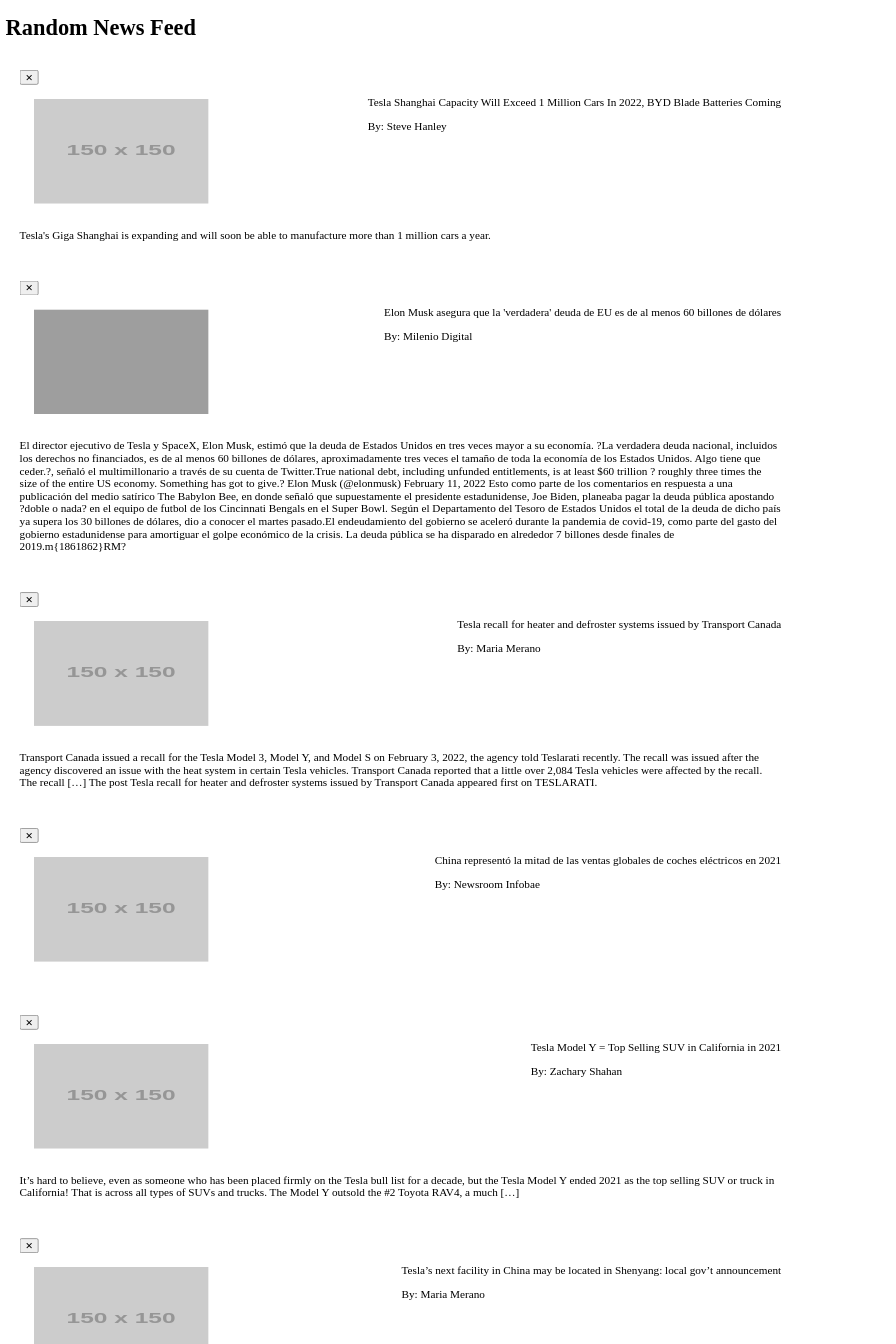
Repository: SandyLy453/comp3170-lab3
Page: /
An editor plug-in stored every save of this project. The page is shown before and after the next save, followed by the edit.
The browser window is 1280 px wide. The pictures show the part of the page from y = 0 to 1920 px (the page is 23333 px tall), at 70% of full size.
Pictures or frames that could not be fetched are drawn as grey boxes. The project was rebuilt for these pictures with package versions that can differ from the ones it lists, and the page was loaded fresh each time. Also part of the build but not shown: vite.config.js.

Above is the page before, as saved 2024-09-28 16:51:30.

After the next save:
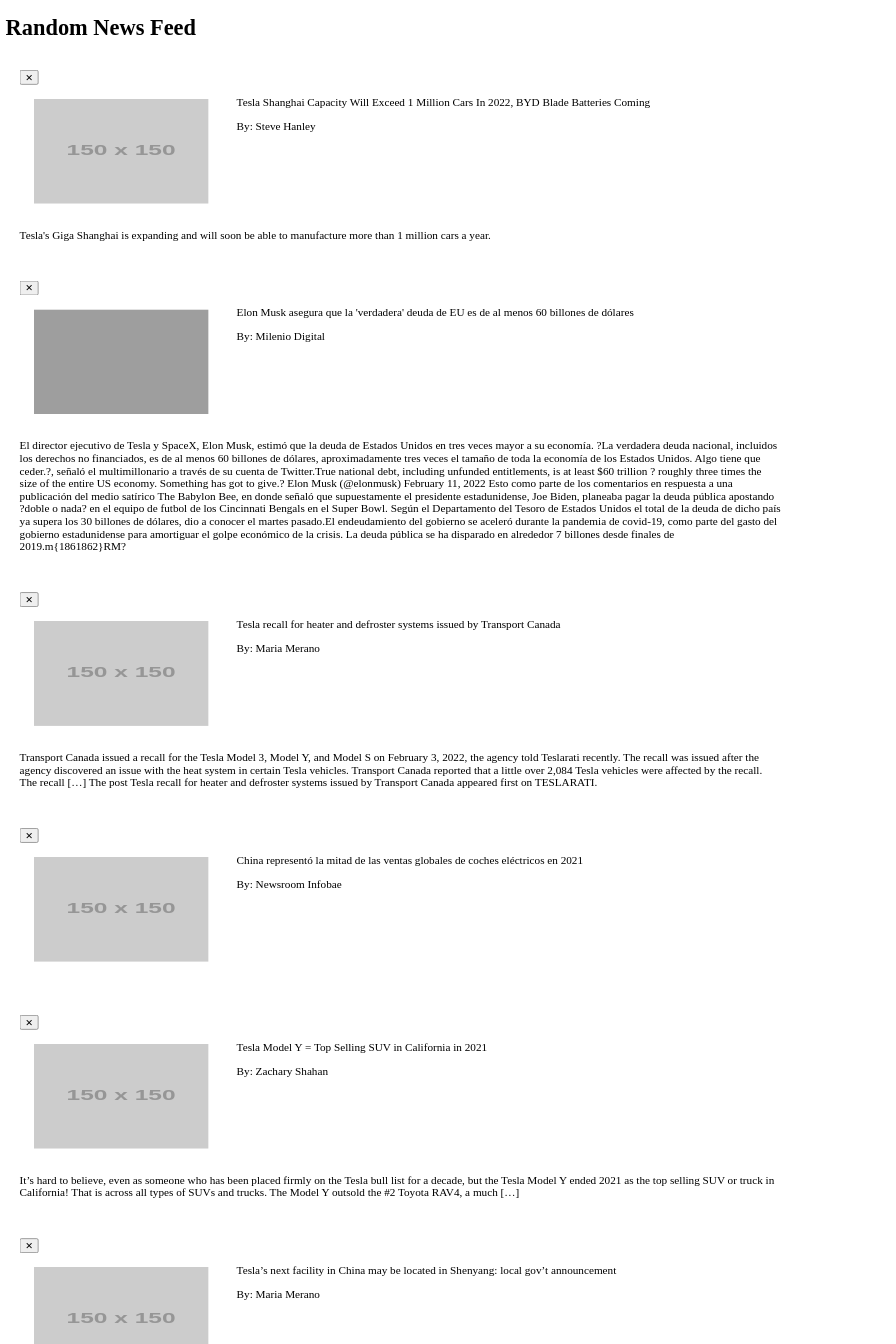
Saved 36 s later.
--- a/src/index.css
+++ b/src/index.css
@@ -75,7 +75,8 @@
 
 .top {
   display: flex;
-  justify-content: space-between;
+  gap: 20px;
+
 }
 
 .photo {
